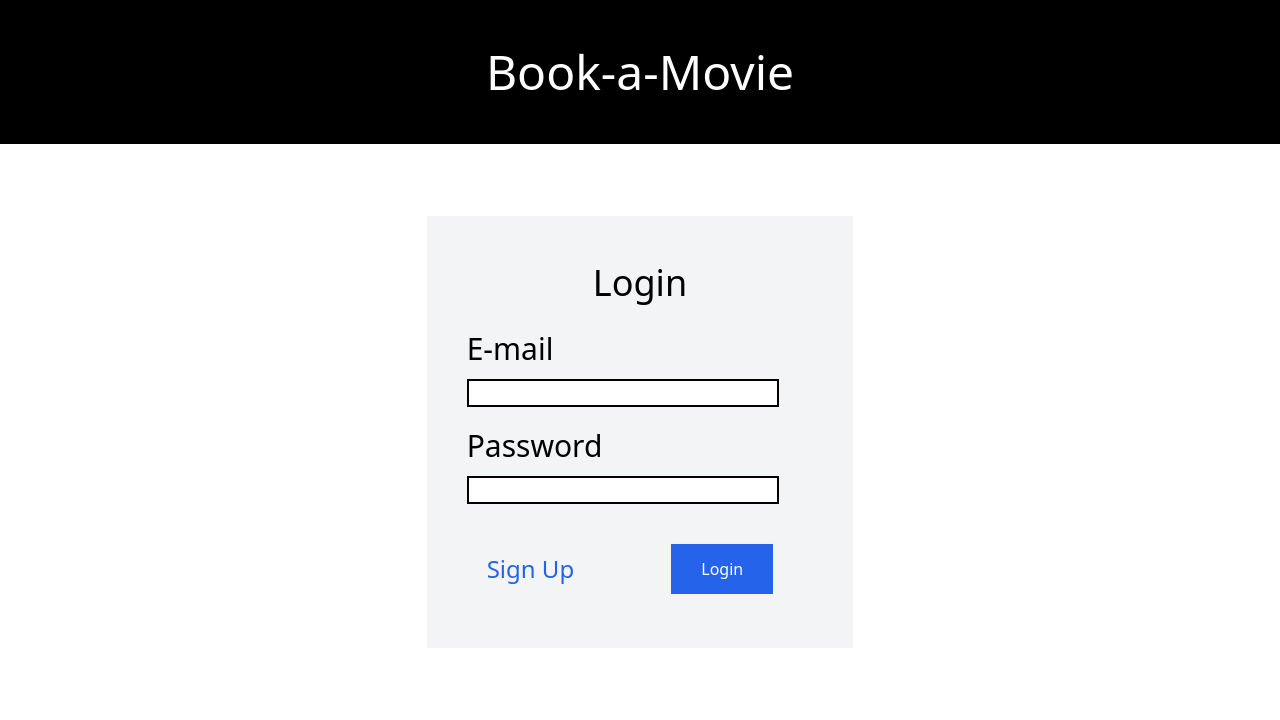
Repository: BhumilModi/movie-booking-app-assignment
Page: /
An editor plug-in stored every save of this project. The page is shown before and after the next save, followed by the edit.
The browser window is 1280 px wide. The pictures show the whole page.
The project was rebuilt for these pictures with package versions that can differ from the ones it lists, and the page was loaded fresh each time. Also part of the build but not shown: src/App.css, src/components/Sidebar.jsx, src/components/Home.jsx, src/components/SignUp.jsx.

Above is the page before, as saved 2022-11-29 19:07:32.

### src/App.js
import { BrowserRouter, Route, Routes } from 'react-router-dom';
import './App.css';
import Home from './components/Home';
import Login from './components/Login';
import SignUp from './components/SignUp';
function App() {

  return (
    <BrowserRouter>
      <Routes>
        <Route path='/' element={<Login />} />
        <Route path='/signUp' element={<SignUp />} />
        <Route path='/Home' element={<Home />} />
      </Routes>
    </BrowserRouter>
  );
}

export default App;

### src/components/Login.jsx
import React from "react";
import {Link, useNavigate} from "react-router-dom";
import Navbar from "./Navbar";

function Login() {
  const navigate = useNavigate();
  return (
    <div className="flex flex-col justify-center items-center">
      <Navbar />
      <div className="h-[60vh] bg-gray-100 w-1/3 my-[10vh] flex flex-col p-[40px]">
        <div className="text-[36px] mx-auto">Login</div>
        <div className="text-[30px] mt-4 mb-2">E-mail</div>
        <input type="text" className="w-[90%] border-2 border-black" />
        <div className="text-[30px] mt-4 mb-2">Password</div>
        <input type="password" className="w-[90%] border-2 border-black" />
        <div className="flex justify-between items-center mt-10 mr-10">
          {/* <p className="text-[24px] ml-5 text-blue-600 cursor-pointer">
            Sign-Up
          </p> */}
          <Link
            to="signUp"
            className="text-[24px] ml-5 text-blue-600 cursor-pointer"
          >
            Sign Up
          </Link>
          <button
            className="bg-blue-600 w-1/3 h-[50px] text-white"
            onClick={() => navigate("/Home")}
          >
            Login
          </button>
        </div>
      </div>
    </div>
  );
}

export default Login;

### src/components/Navbar.jsx
import React from "react";

function Navbar() {
  return (
    <div className="h-[20vh] bg-black flex justify-center items-center w-full">
      <div className="text-white text-[48px]">Book-a-Movie</div>
    </div>
  );
}

export default Navbar;

Loaded but not shown: public/index.html (common file); src/index.js (common file); src/index.css (common file); tailwind.config.js (common file)

After the next save:
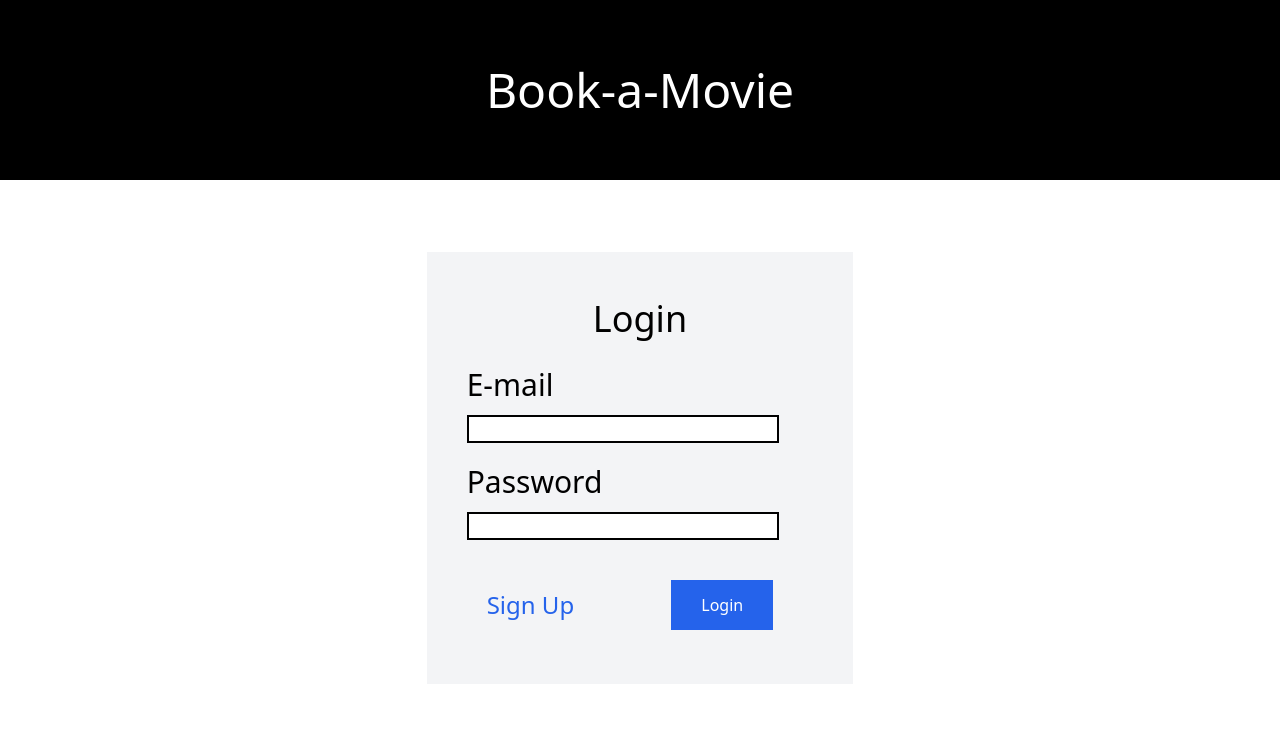
Saved 5 s later.
--- a/src/components/Navbar.jsx
+++ b/src/components/Navbar.jsx
@@ -2,7 +2,7 @@ import React from "react";
 
 function Navbar() {
   return (
-    <div className="h-[20vh] bg-black flex justify-center items-center w-full">
+    <div className="h-[25vh] bg-black flex justify-center items-center w-full">
       <div className="text-white text-[48px]">Book-a-Movie</div>
     </div>
   );
